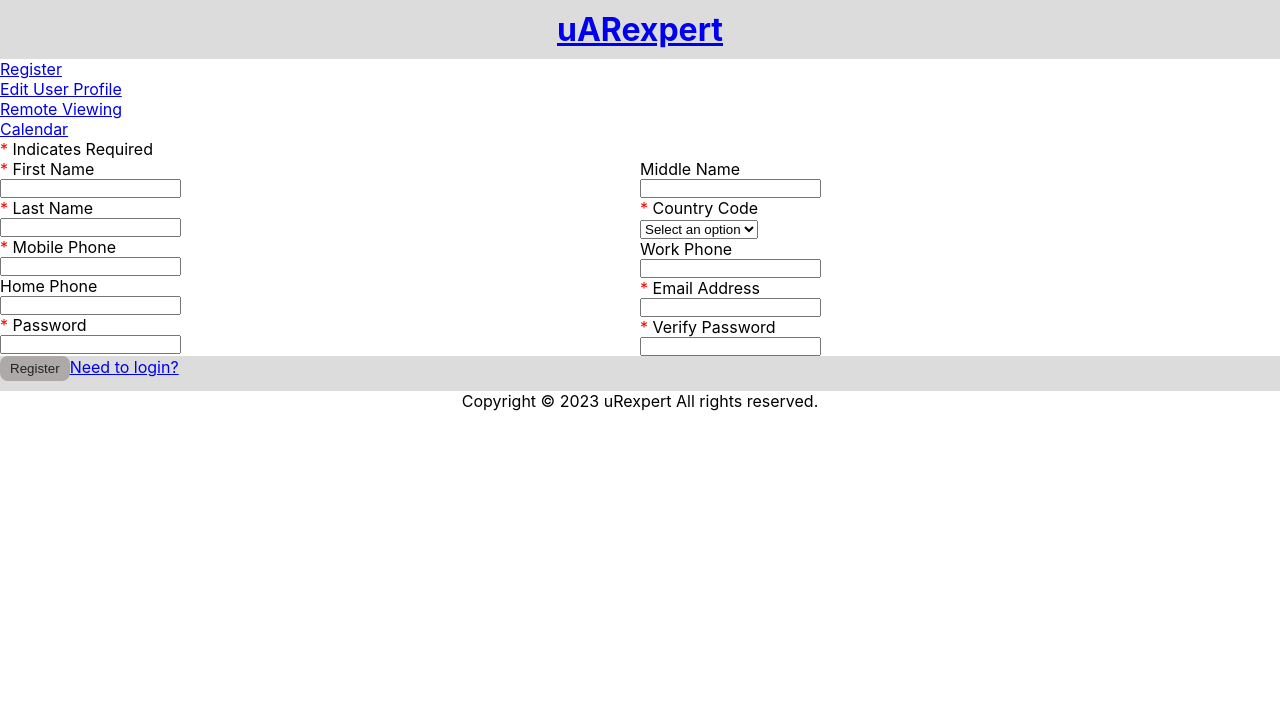
Repository: onionNguyen/Senior-Design-Project
Page: /register (app in frontend/)
An editor plug-in stored every save of this project. The page is shown before and after the next save, followed by the edit.
The browser window is 1280 px wide. The pictures show the whole page.
The page's requests for data from a server got no answer. The project was rebuilt for these pictures with package versions that can differ from the ones it lists, and the page was loaded fresh each time. No one was signed in, and anything a server would have sent is missing. Also part of the build but not shown: frontend/src/components/pages/edit-user-profile/EditProfile.module.css, frontend/src/components/pages/edit-user-profile/EditProfile.js, frontend/src/components/pages/login/Login.module.css, frontend/src/components/pages/login/Login.js, frontend/src/components/pages/home/Home.module.css, frontend/src/components/pages/error/Unauthorized.js, frontend/src/components/pages/home/Home.js, frontend/src/components/pages/error/NotFound.js and 2 more.

Above is the page before, as saved 2023-10-27 02:56:52.

After the next save:
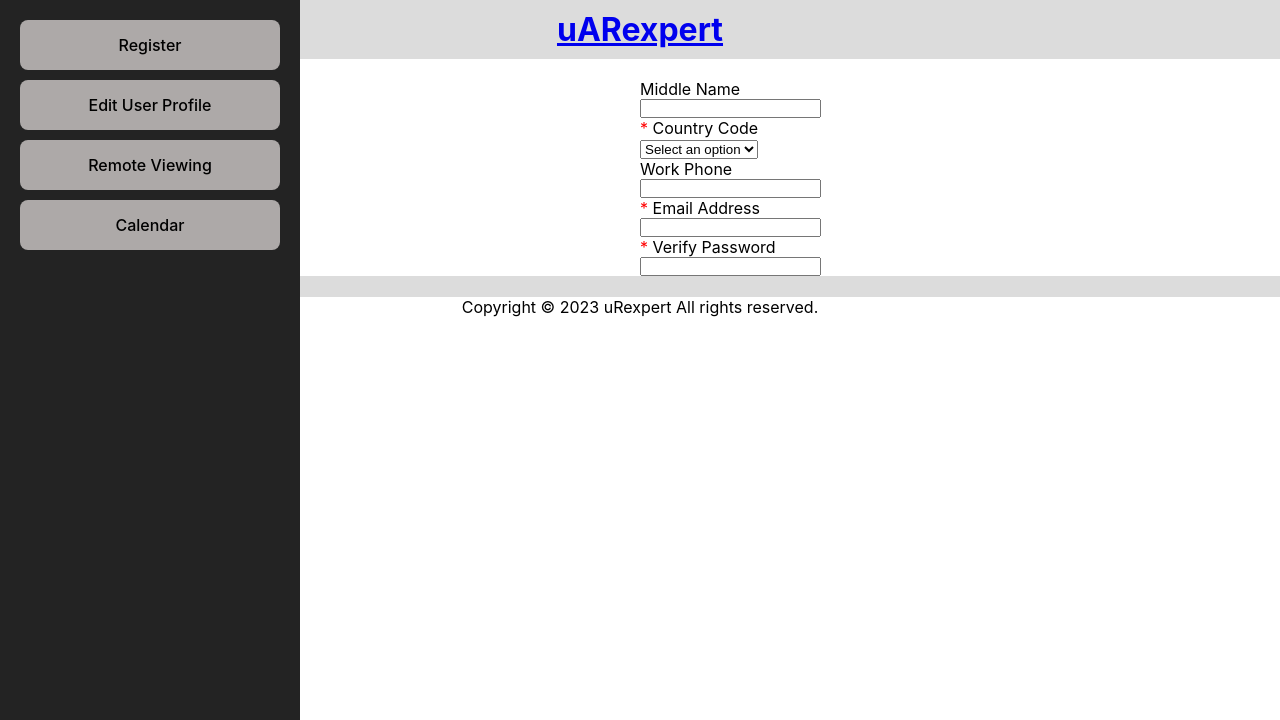
Saved 3 s later.
--- a/frontend/src/components/sidenav/SideNav.module.css
+++ b/frontend/src/components/sidenav/SideNav.module.css
@@ -1,36 +1,47 @@
-.sidenavCollapsed {
+.sidenav {
   height: 100vh;
-  width: 50px; /* Reduced width when collapsed */
+  width: 300px; /* Fixed width to ensure uniform look across different screens */
+  max-width: 80%; /* Ensure it doesn't consume too much space on smaller screens */
   z-index: 1;
   top: 0;
   left: 0;
-  background-color: #232323;
+  background-color: #232323; /* Darker color for contrast */
   transition: 0.5s ease;
   overflow-x: hidden;
-  padding: 20px 5px; /* Reduced padding when collapsed */
+  padding: 20px;
   display: flex;
   flex-direction: column;
   align-items: center;
   position: fixed;
 }
 
-/* Optional: Style links to hide text and show only icons when collapsed (if you have icons) */
-.sidenavCollapsed .listItem a {
-  display: none;
+.listGroup {
+  width: 100%;
+  list-style-type: none;
+  padding: 0;
 }
 
-/* Optional: Style for the button to toggle the SideNav */
-button {
+.listItem {
+  width: 100%;
+  padding: 15px 10px;
+  text-align: center;
   margin-bottom: 10px;
+  border-radius: 8px; /* Added border radius */
   background-color: #ada9a8;
-  border: none;
-  padding: 5px 10px;
-  border-radius: 8px;
-  color: #232323;
-  cursor: pointer;
-  transition: background-color 0.3s ease;
+  transition: background-color 0.3s ease; /* Transition effect for hover */
 }
 
-button:hover {
-  background-color: #7a7675;
+.listItem:hover {
+  background-color: #7a7675; /* Change color on hover */
 }
+
+.listItem a {
+  text-decoration: none;
+  color: black; /* Ensure text is black, change as per your preference */
+  font-weight: 500; /* Slightly bolder font */
+  transition: color 0.3s ease; /* Transition effect for hover */
+}
+
+.listItem a:hover {
+  color: white; /* Change color on hover */
+}
